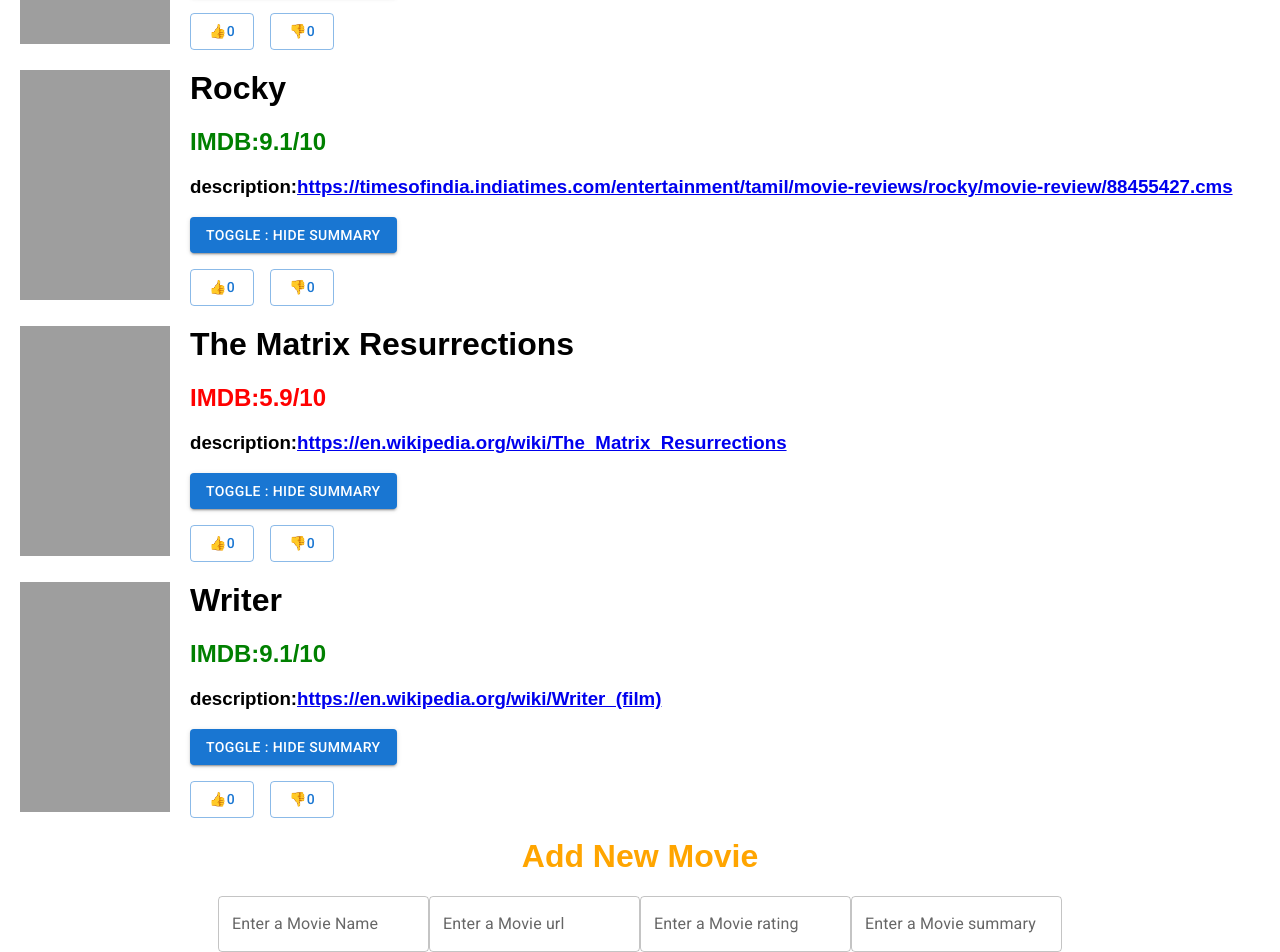
Repository: baladhinesh18/first-app
Page: /
These files come from the project's save history. The page is drawn as it stood at one moment and after the next save; the edit follows.
The browser window is 1280 px wide. The pictures show the part of the page from y = 501 to 1453 px (the page is 1453 px tall).
Pictures or frames that could not be fetched are drawn as grey boxes. The project was rebuilt for these pictures with package versions that can differ from the ones it lists, and the page was loaded fresh each time.

Above is the page before, as saved 2022-01-07 13:35:28.

### public/index.html
<!DOCTYPE html>
<html lang="en">
  <head>
    <meta charset="utf-8" />
    <!-- <link rel="icon" href="%PUBLIC_URL%/favicon.ico" /> -->
    <meta name="viewport" content="width=device-width, initial-scale=1" />
    <meta name="theme-color" content="#000000" />
    <meta
      name="description"
      content="Web site created using create-react-app"
    />
    <!-- <link rel="apple-touch-icon" href="%PUBLIC_URL%/logo192.png" /> -->
    <!--
      manifest.json provides metadata used when your web app is installed on a
      user's mobile device or desktop. See https://developers.google.com/web/fundamentals/web-app-manifest/
    -->
    <!-- <link rel="manifest" href="%PUBLIC_URL%/manifest.json" /> -->
    <!--
      Notice the use of %PUBLIC_URL% in the tags above.
      It will be replaced with the URL of the `public` folder during the build.
      Only files inside the `public` folder can be referenced from the HTML.

      Unlike "/favicon.ico" or "favicon.ico", "%PUBLIC_URL%/favicon.ico" will
      work correctly both with client-side routing and a non-root public URL.
      Learn how to configure a non-root public URL by running `npm run build`.
    -->
    <link
  rel="stylesheet"
  href="https://fonts.googleapis.com/css?family=Roboto:300,400,500,700&display=swap"
/>
<link
  rel="stylesheet"
  href="https://fonts.googleapis.com/icon?family=Material+Icons"
/>
    <title>New Movies</title>
  </head>
  <body>
    <noscript>You need to enable JavaScript to run this app.</noscript>
    <div id="root"></div>
    <!--
      This HTML file is a template.
      If you open it directly in the browser, you will see an empty page.

      You can add webfonts, meta tags, or analytics to this file.
      The build step will place the bundled scripts into the <body> tag.

      To begin the development, run `npm start` or `yarn start`.
      To create a production bundle, use `npm run build` or `yarn build`.
    -->
  </body>
</html>

### src/App.js

import './App.css';
import {useState} from "react";
import Button from '@mui/material/Button';
import TextField from '@mui/material/TextField';
function App() {
  let users = [
    {
      name: "JaiBheem",
      url:
      "https://encrypted-tbn3.gstatic.com/images?q=tbn:ANd9GcQm8U_-RJoMKrgvpIVLbDV8ovuHIp-p_Ls5I7WHaXJUUCbhjQVd",
      rating:"9.4",
      summary:"https://en.wikipedia.org/wiki/Jai_Bhim_(film)"
    },
    {
      name: "Spiderman-No Way Home",
      url:
      "https://www.thehindubusinessline.com/news/variety/4sw3ar/article37984362.ece/ALTERNATES/PORTRAIT_355/Spider-Man---No-Way-Home-Poster-Pic-Credit---Marvel",
      rating:"8.9",
      summary:"https://en.wikipedia.org/wiki/Spider-Man:_No_Way_Home"
    },
    {
      name: "Rocky",
      url:
      "https://static.toiimg.com/thumb/msid-88435003,width-219,height-317,imgsize-16192/88435003.jpg",
      rating:"9.1",
      summary:"https://timesofindia.indiatimes.com/entertainment/tamil/movie-reviews/rocky/movie-review/88455427.cms"
    },
    {
      name: " The Matrix Resurrections",
      url:
      "https://encrypted-tbn0.gstatic.com/images?q=tbn:ANd9GcQHjE4eApjpFWlpAdiC_aFG2FkfvimiGW0TK4mB-hc_T4Uitj9J",
      rating:"5.9",
      summary:"https://en.wikipedia.org/wiki/The_Matrix_Resurrections"
    },
    {
      name: "Writer",
      url:
      "https://static.moviecrow.com/gallery/20210414/185058-Ey6W3Z2VoAMu4P2%20(1).jpg",
      rating:"9.1",
      summary:"https://en.wikipedia.org/wiki/Writer_(film)"
    }
  ];
  return (
    <div className="App">
     <h1 className="lor">Movie List</h1>
      {users.map(({ name, url ,rating,summary}) => (
        <Starting key={url} nme={name} ur={url} rat={rating} des={summary} >
        </Starting>
      ))}
      <h1 className="lor">Add New Movie</h1>
      <TextField id="outlined-basic" label="Enter a Movie Name" variant="outlined" />
      <TextField id="outlined-basic" label="Enter a Movie url" variant="outlined" />
      <TextField id="outlined-basic" label="Enter a Movie rating" variant="outlined" />
      <TextField id="outlined-basic" label="Enter a Movie summary" variant="outlined" />
      {/* <Counter/> */}
    </div>
  );
}
function Counter(){
const [like,setLike]=useState(0);
const[dislike,setDislike]=useState(0);
return(
  <div className="vacls">
  <Button onClick={()=>setLike(like+1)}   variant="outlined" style={{margin:'0 1rem 0 0 '}}>👍{like}</Button>
  <Button onClick={()=>setDislike(dislike+1)}   variant="outlined" >👎{dislike}</Button>
  {/* <h1>{like}</h1> */}
  </div>
)}

function Starting({ nme, ur,rat,des }) {
const styles={color: rat>=8.5? "green":"red"};
const[isHide,setIsHide]=useState(true);

  return (
    <div>
    <div className="ro">
     <img src={ur} className="mg" alt={nme} />
      <div className="col">
      <h1> {nme}</h1>
      <h2 style={styles}>IMDB:{rat}/10</h2>
      { isHide?<h3>description:<a href={des}>{des}</a></h3>:null}
      {/* <h3>description:<a href={des}>{des}</a></h3> */}
      <div>
    <Button onClick={()=>setIsHide(!isHide)} variant="contained">Toggle : Hide summary</Button>
    </div>
    <Counter/>
      </div>
    </div>
    </div>
  );
}

// function ColorBox(){

// }

export default App;

### src/App.css
.App {
  font-family: sans-serif;
  text-align: center;
}
.mg {
  height: 230px;
  width: 150px;
  object-fit: center;
}
.ro{
display: flex;
flex-direction: row;
margin-left: 20px;
margin-bottom: 20px;
}
.col{
  display:flex;
  flex-direction: column;
  align-items: flex-start;
margin-left: 20px;
}
.lor{
color:orange;
}
h1,h2,h3{
  margin-top: 0px;
  gap: 1rem;
}
button{
  margin-bottom: 1rem;
}
.vacls{
margin-top: 1rem;
margin-right: 1rem;
}

Loaded but not shown: src/index.js (common file); src/index.css (common file); src/reportWebVitals.js (common file)

After the next save:
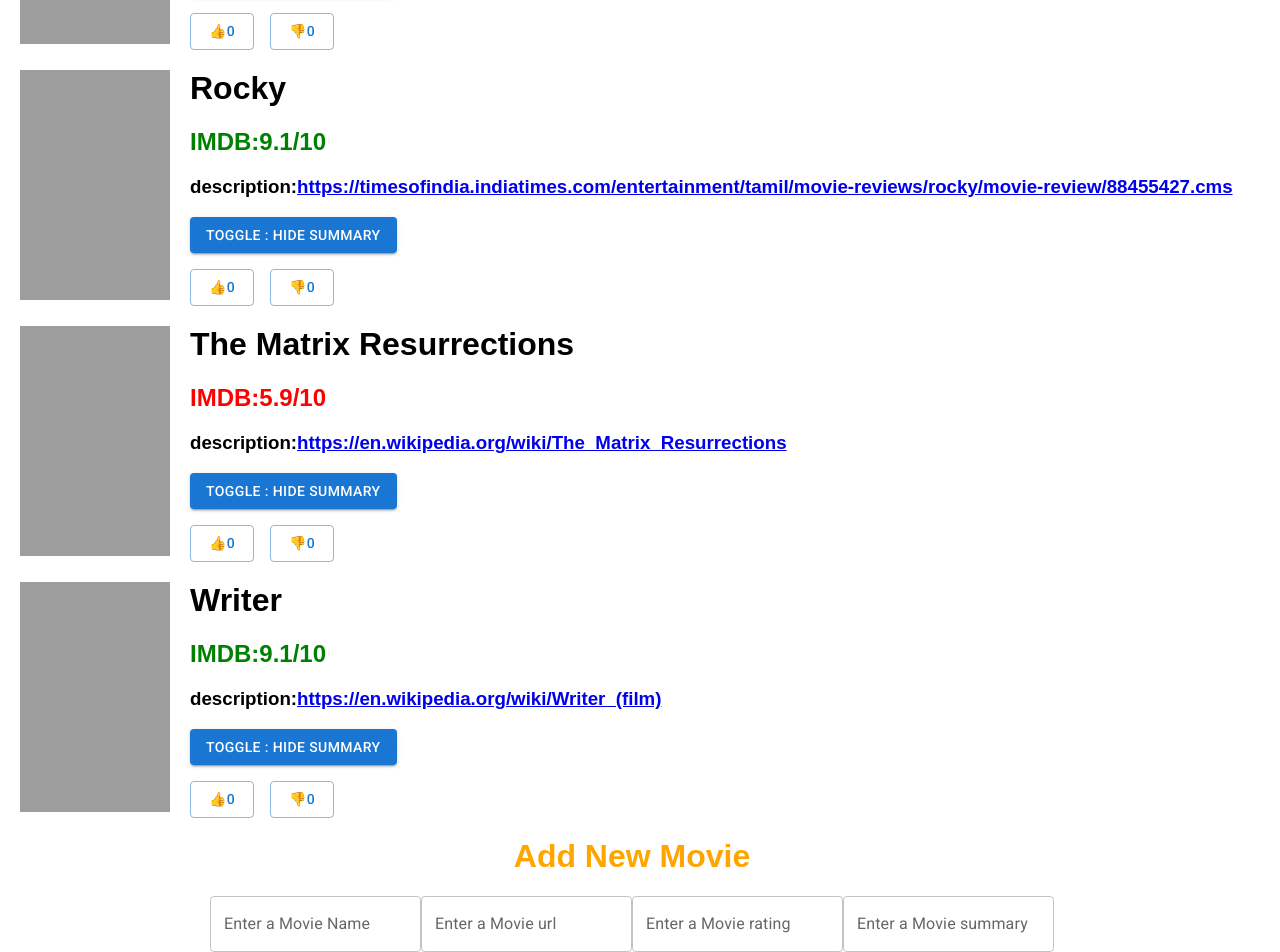
Saved 56 s later.
--- a/src/App.js
+++ b/src/App.js
@@ -48,12 +48,14 @@
         <Starting key={url} nme={name} ur={url} rat={rating} des={summary} >
         </Starting>
       ))}
+      <div  className="vacls">
       <h1 className="lor">Add New Movie</h1>
       <TextField id="outlined-basic" label="Enter a Movie Name" variant="outlined" />
       <TextField id="outlined-basic" label="Enter a Movie url" variant="outlined" />
       <TextField id="outlined-basic" label="Enter a Movie rating" variant="outlined" />
       <TextField id="outlined-basic" label="Enter a Movie summary" variant="outlined" />
       {/* <Counter/> */}
+      </div>
     </div>
   );
 }
